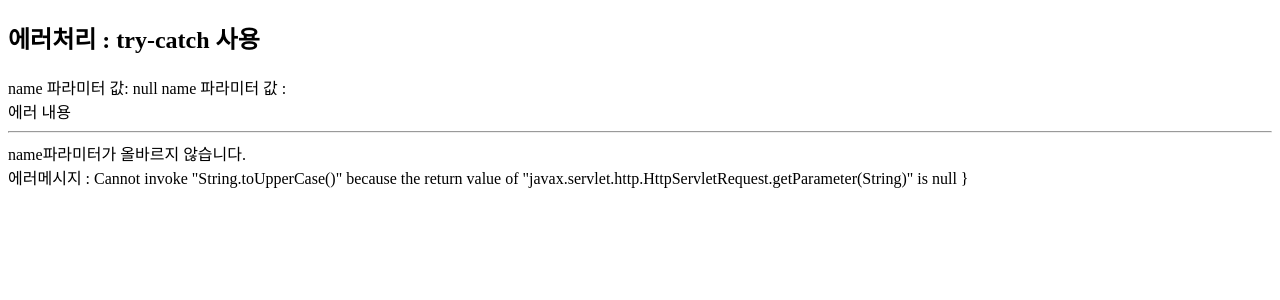
Repository: iwanttogohomenow/jspwork
Page: http://localhost/second/10_03_exception02_01.jsp
The author's editor kept a copy of each file at every save. The page is drawn from the files as they stood at one save, then again after the next save.
The browser window is 1280 px wide. The pictures show the whole page.
The page is served by Tomcat 9.

Above is the page before, as saved 2023-03-08 03:08:11.

After the next save:
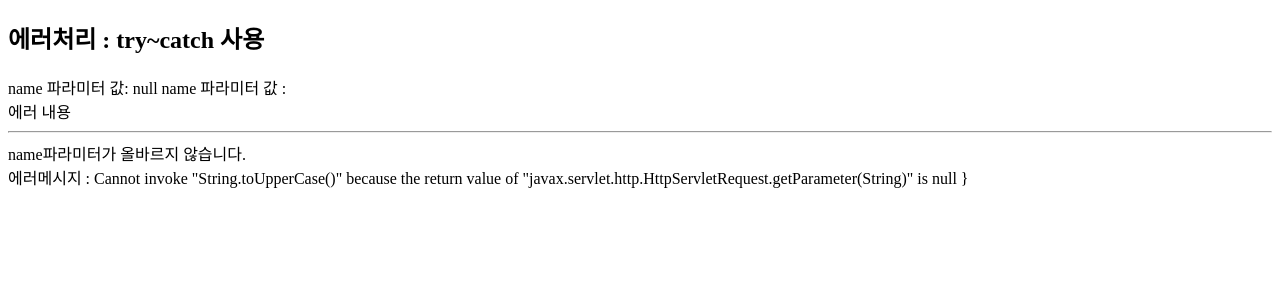
Saved 4 min 47 s later.
--- a/second/src/main/webapp/10_03_exception02_01.jsp
+++ b/second/src/main/webapp/10_03_exception02_01.jsp
@@ -1,5 +1,5 @@
 <%@ page language="java" contentType="text/html; charset=UTF-8"
-    pageEncoding="UTF-8"%>
+	pageEncoding="UTF-8"%>
 <!DOCTYPE html>
 <html>
 <head>
@@ -7,22 +7,24 @@
 <title>Insert title here</title>
 </head>
 <body>
-<h2>에러처리 : try-catch 사용</h2>
-name 파라미터 값: <%= request.getParameter("name") %>
-<%
-try {%>
-	name 파라미터 값
-:
-<%=request.getParameter("name").toUpperCase() %>
-<%
-}catch (Exception e) {
+	<h2>에러처리 : try~catch 사용</h2>
+	name 파라미터 값:
+	<%=request.getParameter("name")%>
+	<%
+	try {
+	%>
+	name 파라미터 값 :
+	<%=request.getParameter("name").toUpperCase()%>
+	<%
+	} catch (Exception e) {
 
 	out.print("<br>에러 내용<br><hr>");
 	out.print("name파라미터가 올바르지 않습니다.<br>");
-	out.print("에러메시지 : "+ e.getMessage());
-}%>
+	out.print("에러메시지 : " + e.getMessage());
+	}
+	%>
 
-}
+	}
 
 </body>
 </html>
